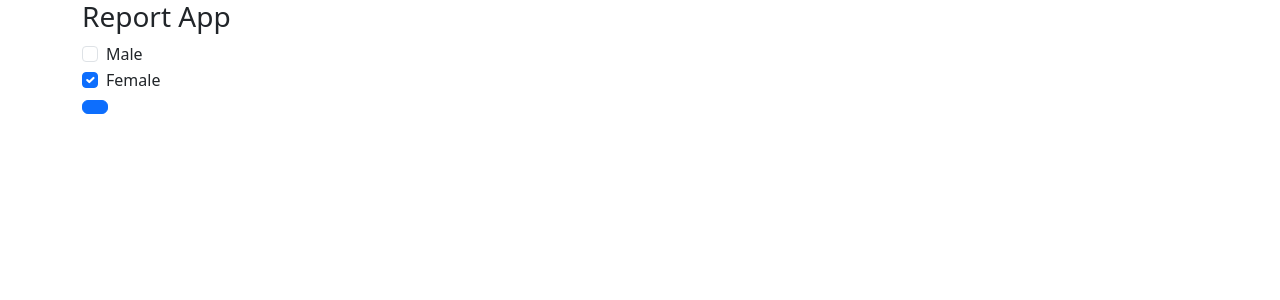
Repository: TejaSin07/ProjectsMini
Page: http://localhost/01_ReportsApp/pages/index.jsp
These files come from the project's save history. The page is drawn as it stood at one moment and after the next save; the edit follows.
The browser window is 1280 px wide. The pictures show the whole page.
The page is served by Tomcat 9.

Above is the page before, as saved 2025-06-13 06:01:21.

After the next save:
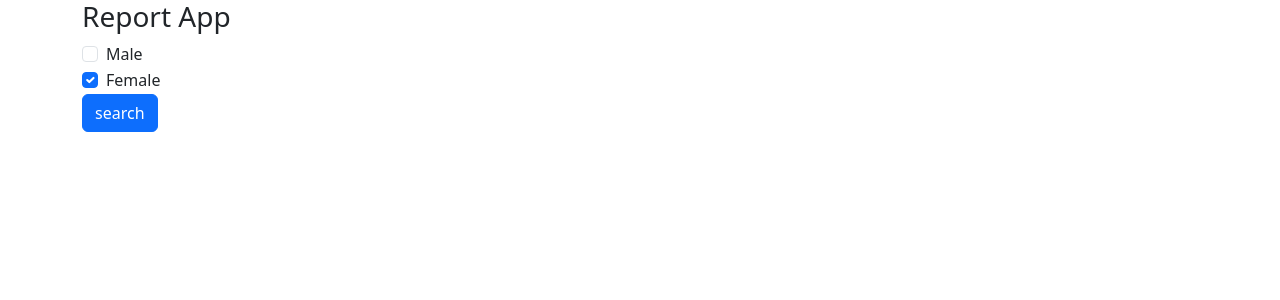
Saved 9 s later.
--- a/01_ReportsApp/src/main/webapp/pages/index.jsp
+++ b/01_ReportsApp/src/main/webapp/pages/index.jsp
@@ -25,7 +25,7 @@
 		    Female
   		</label>
 	</div>
-	<button class = "btn btn-primary"></button>
+	<button class = "btn btn-primary">search</button>
 </div>
  <script src="https://cdn.jsdelivr.net/npm/bootstrap@5.3.6/dist/js/bootstrap.bundle.min.js" integrity="sha384-j1CDi7MgGQ12Z7Qab0qlWQ/Qqz24Gc6BM0thvEMVjHnfYGF0rmFCozFSxQBxwHKO" crossorigin="anonymous"></script>
 
